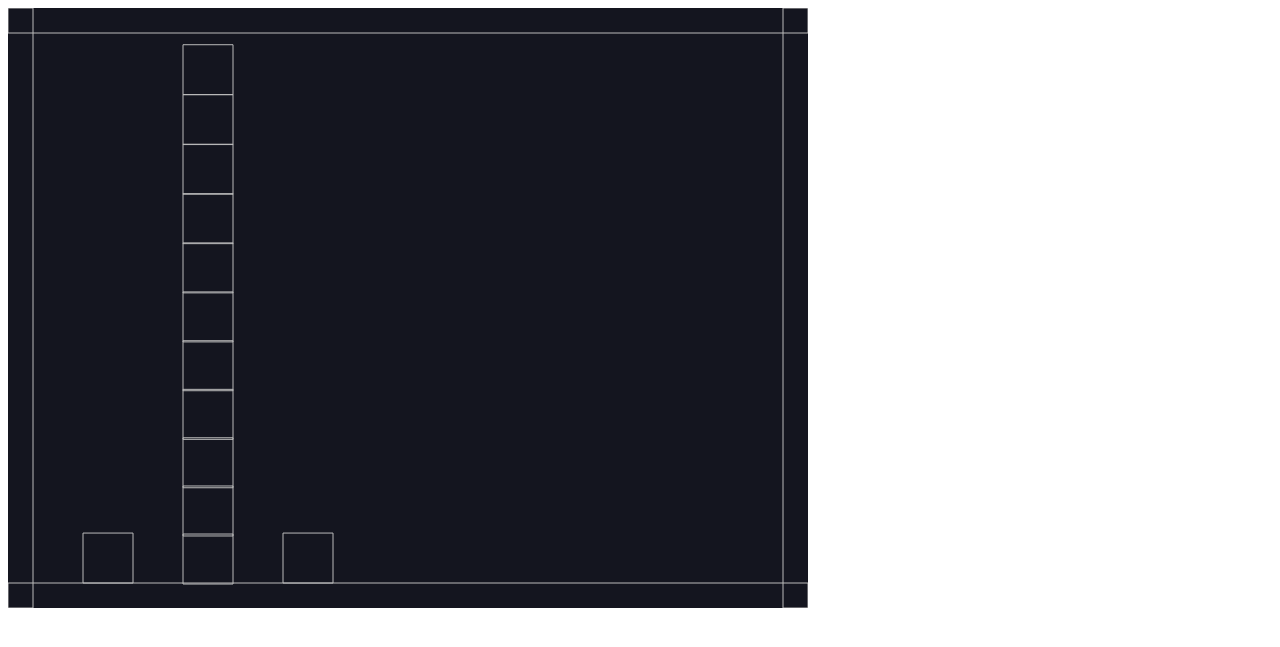
Repository: Sbethm/maze-runner
Page: index.html
The author's editor kept a copy of each file at every save. The page is drawn from the files as they stood at one save, then again after a run of saves.
The browser window is 1280 px wide. The pictures show the whole page.
Some web libraries are served in a nearby version.

Above is the page before, as saved 2021-10-01 16:08:12.

### index.html
<!DOCTYPE html>
<html lang="en">
<head>
    <meta charset="UTF-8">
    <meta http-equiv="X-UA-Compatible" content="IE=edge">
    <meta name="viewport" content="width=device-width, initial-scale=1.0">
    <script src="https://cdnjs.cloudflare.com/ajax/libs/matter-js/0.17.1/matter.min.js"></script>
    <title>Maze Runner</title>
</head>
<body>

    <script src="app.js"></script>
</body>
</html>

### app.js
const { Engine, World, Runner, Render, Bodies, MouseConstraint, Mouse} = Matter;

const engine = Engine.create();
const {world} = engine;
const render = Render.create({
    element: document.body,
    engine: engine,
    options: {
        width: 800,
        height: 600
    }
});
Render.run(render);
Runner.run(Runner.create(), engine);

World.add(world, MouseConstraint.create(engine, {
    mouse: Mouse.create(render.canvas)
}));

//====== Shapes
const shape = [
    Bodies.rectangle(100, 200, 50, 50),
    Bodies.rectangle(200, 200, 50, 50),
    Bodies.rectangle(300, 200, 50, 50),
    Bodies.rectangle(200, 200, 50, 50),
    Bodies.rectangle(200, 200, 50, 50),
    Bodies.rectangle(200, 200, 50, 50),
    Bodies.rectangle(200, 200, 50, 50),
    Bodies.rectangle(200, 200, 50, 50),
    Bodies.rectangle(200, 200, 50, 50),
    Bodies.rectangle(200, 200, 50, 50),
    Bodies.rectangle(200, 200, 50, 50),
    Bodies.rectangle(200, 200, 50, 50),
    Bodies.rectangle(200, 200, 50, 50),
]

//====== Walls
const walls = [
    Bodies.rectangle(400, 0, 800, 50, {isStatic: true}),
    Bodies.rectangle(800, 300, 50, 600, {isStatic: true}),
    Bodies.rectangle(400, 600, 800, 50, {isStatic: true}),
    Bodies.rectangle(0, 300, 50, 600, {isStatic: true})
];


World.add(world, shape);
World.add(world, walls);

After the next 4 saves:
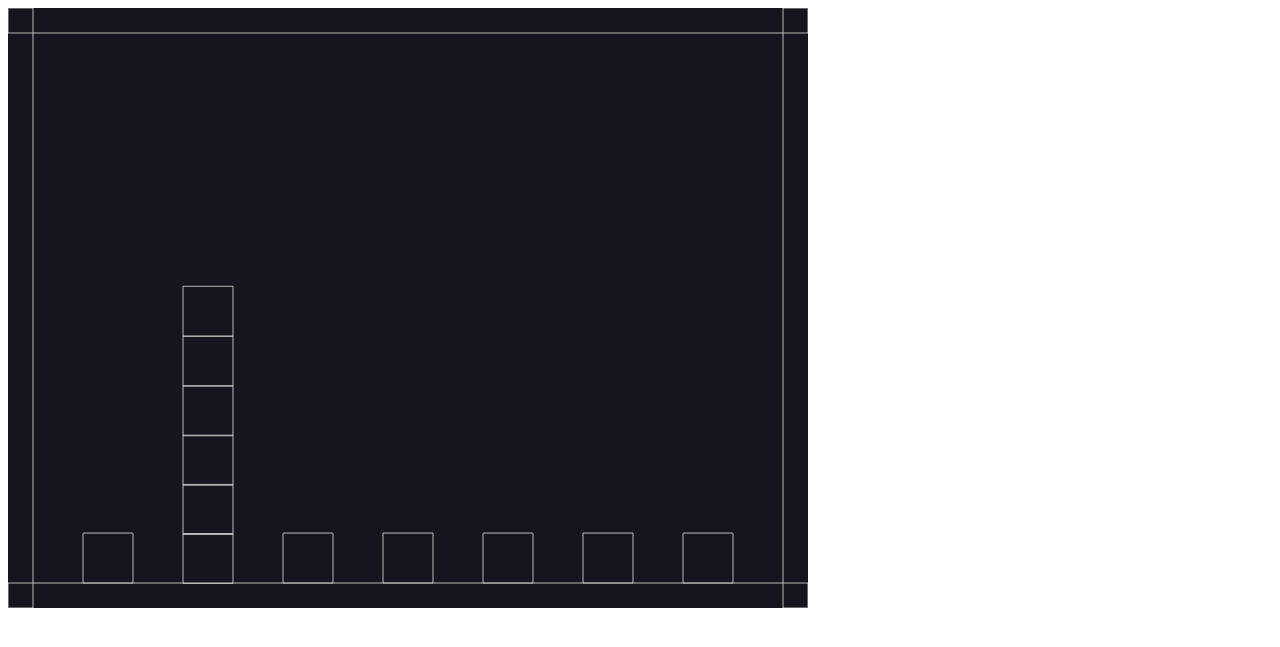
The 4 saves are shown as one change because they came seconds apart.
The last was saved 12 s later.
--- a/app.js
+++ b/app.js
@@ -22,11 +22,11 @@ const shape = [
     Bodies.rectangle(100, 200, 50, 50),
     Bodies.rectangle(200, 200, 50, 50),
     Bodies.rectangle(300, 200, 50, 50),
-    Bodies.rectangle(200, 200, 50, 50),
-    Bodies.rectangle(200, 200, 50, 50),
-    Bodies.rectangle(200, 200, 50, 50),
-    Bodies.rectangle(200, 200, 50, 50),
-    Bodies.rectangle(200, 200, 50, 50),
+    Bodies.rectangle(400, 200, 50, 50),
+    Bodies.rectangle(500, 200, 50, 50),
+    Bodies.rectangle(600, 200, 50, 50),
+    Bodies.rectangle(700, 200, 50, 50),
+    Bodies.rectangle(800, 200, 50, 50),
     Bodies.rectangle(200, 200, 50, 50),
     Bodies.rectangle(200, 200, 50, 50),
     Bodies.rectangle(200, 200, 50, 50),
